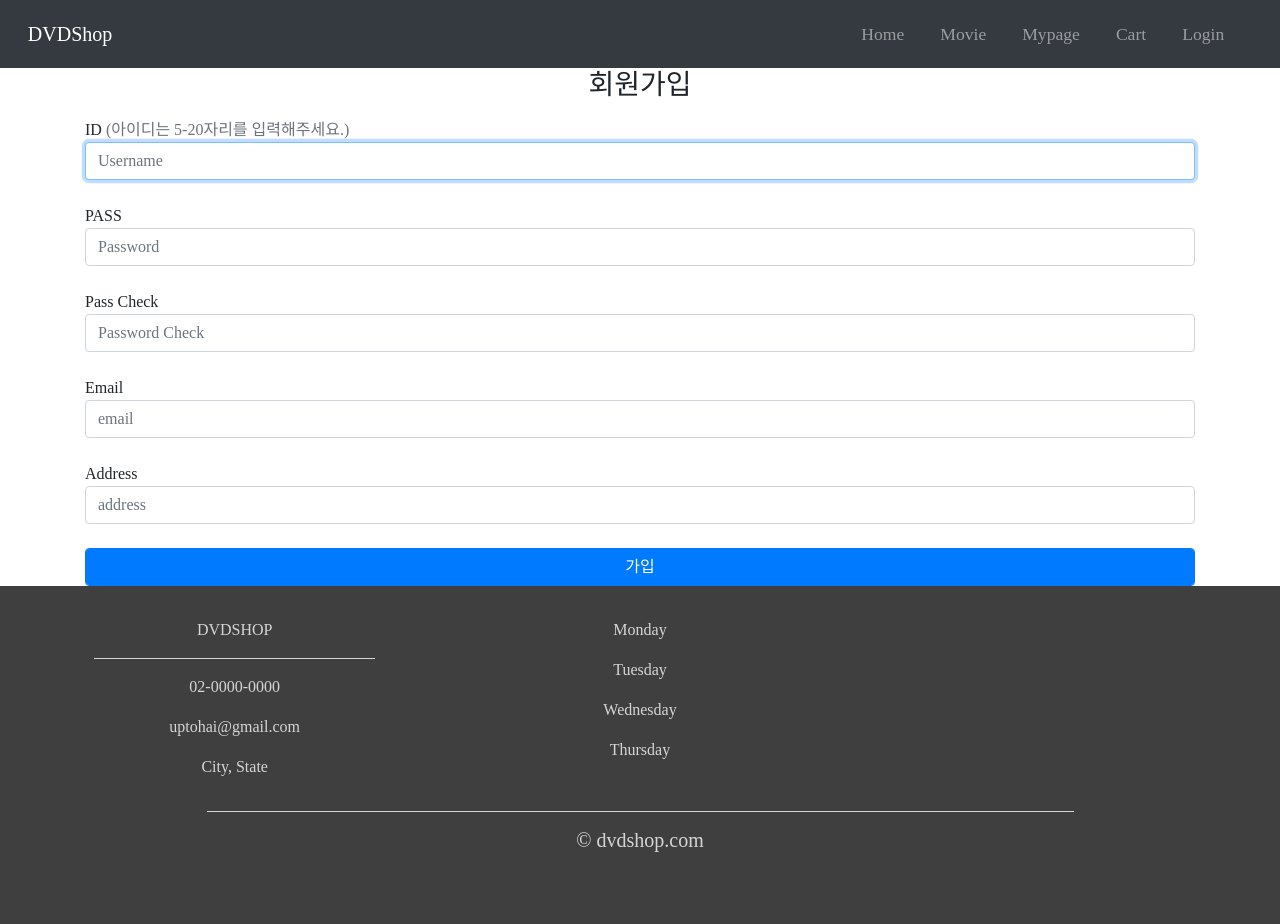
Repository: afterup/dvdshop
Page: http://localhost/shop_project/view/user/join.jsp
An editor plug-in stored every save of this project. The page is shown before and after the next save, followed by the edit.
The browser window is 1280 px wide. The pictures show the whole page.
The page is served by Tomcat 9. Other server files are loaded and not shown.

Above is the page before, as saved 2019-08-14 07:02:04.

### shop_project/WebContent/view/user/join.jsp
<%@ page language="java" contentType="text/html; charset=UTF-8"
    pageEncoding="UTF-8"%>
<!DOCTYPE html>
<html lang="en">

<head>
    <meta charset="UTF-8">
    <meta name="viewport" content="width=device-width, initial-scale=1.0">
    <meta http-equiv="X-UA-Compatible" content="ie=edge">
    <title>Document</title>
    <!-- 부트스트랩 css-->
    <link rel="stylesheet" href="https://stackpath.bootstrapcdn.com/bootstrap/4.3.1/css/bootstrap.min.css"
        integrity="sha384-ggOyR0iXCbMQv3Xipma34MD+dH/1fQ784/j6cY/iJTQUOhcWr7x9JvoRxT2MZw1T" crossorigin="anonymous">
    <!-- 사용자 css-->
    <link rel="stylesheet" href="css/style.css">
	<script type="text/javascript" src="./js/validCheck.js" ></script>
</head>


<body>
    <!-- Navigation -->
	<%@ include file="/view/common/header.jsp" %>

    <!-- main-->

    <div class="container">
        <div class="">
            <div class="panel panel-successs">
                <div class="panel-heading">
                    <h3 class="mb-3 text-center">회원가입</h3>
                </div>
                <div class="panel-body">
                    <form name="frm" action="movie?action=joinAction" method="POST">
                        ID <span class="text-muted">(아이디는 5-20자리를 입력해주세요.)</span><br>
                        <input type="text" class="form-control mb-4" name="id" placeholder="Username" autofocus>
                        PASS <br>
                        <input type="password" class="form-control mb-4" name="pass" placeholder="Password">
                        Pass Check<br>
                        <input type="password" class="form-control mb-4" name="passCK" placeholder="Password Check">
                        Email <br>
                        <input type="text" class="form-control mb-4" name="email" placeholder="email">
                        Address <br>
                        <input type="text" class="form-control mb-4" name="address" placeholder="address">
                        <button type="button" class="form-control btn btn-primary" onclick="validateCheck()">가입</button>
                    </form>
                </div>
            </div>
        </div>
    </div>



    <!-- Footer -->
	<%@ include file="/view/common/footer.jsp" %>


    <!-- 부트스트랩 -->
    <script src="https://code.jquery.com/jquery-3.3.1.slim.min.js"
        integrity="sha384-q8i/X+965DzO0rT7abK41JStQIAqVgRVzpbzo5smXKp4YfRvH+8abtTE1Pi6jizo" crossorigin="anonymous">
    </script>
    <script src="https://cdnjs.cloudflare.com/ajax/libs/popper.js/1.14.7/umd/popper.min.js"
        integrity="sha384-UO2eT0CpHqdSJQ6hJty5KVphtPhzWj9WO1clHTMGa3JDZwrnQq4sF86dIHNDz0W1" crossorigin="anonymous">
    </script>
    <script src="https://stackpath.bootstrapcdn.com/bootstrap/4.3.1/js/bootstrap.min.js"
        integrity="sha384-JjSmVgyd0p3pXB1rRibZUAYoIIy6OrQ6VrjIEaFf/nJGzIxFDsf4x0xIM+B07jRM" crossorigin="anonymous">
    </script>
</body>


</html>

### shop_project/WebContent/view/common/header.jsp
<%@ page language="java" contentType="text/html; charset=UTF-8"
    pageEncoding="UTF-8"%>
<!DOCTYPE html>
<html>
<head>
<meta charset="UTF-8">
<title>Insert title here</title>
</head>
<body>

	<!-- Navigation -->
    <nav class="navbar navbar-expand-md navbar-dark bg-dark sticky-top">
        <div class="container-fluid">
            <a href="movie" class="navbar-brand">DVDShop</a>
            <button class="navbar-toggler" type="button" data-toggle="collapse" data-target="#navbarResponsive">
                <span class="navbar-toggler-icon"></span>
            </button>
            <div class="collapse navbar-collapse" id="navbarResponsive">
                <ul class="navbar-nav ml-auto">
                    <li class="nav-item"><a class="nav-link" href="movie">Home</a></li>
                    <li class="nav-item"><a class="nav-link" href="movie?action=moviePage">Movie</a></li>
                    <li class="nav-item"><a class="nav-link" href="movie?action=mypage">Mypage</a></li>
                    <li class="nav-item"><a class="nav-link" href="movie?action=cart">Cart</a></li>

                   <%
                   	String id = (String)request.getSession().getAttribute("id");
                   	System.out.print("id="+id);
                   	if(id == null){
                   %>
                    <li class="nav-item"><a href="movie?action=login" class="nav-link">Login</a></li>
               	   <%
                   	}else{
               	   %>
                    <li class="nav-item"><a href="movie?action=logout" class="nav-link">Logout</a></li>
               	   <%
                   	}
               	   %>
                </ul>
            </div>
        </div>
    </nav>

</body>
</html>

### shop_project/WebContent/view/common/footer.jsp
<%@ page language="java" contentType="text/html; charset=UTF-8"
    pageEncoding="UTF-8"%>
<!DOCTYPE html>
<html>
<head>
<meta charset="UTF-8">
<title>Insert title here</title>
</head>
<body>
    <footer>
        <div class="container-fluid padding">
            <div class="row text-center">
                <div class="col-md-4">
                    DVDSHOP
                    <hr class="light">
                    <p>02-0000-0000</p>
                    <p>uptohai@gmail.com</p>
                    <p>City, State</p>
                </div>
                <div class="col-md-4">
                    <p>Monday</p>
                    <p>Tuesday</p>
                    <p>Wednesday</p>
                    <p>Thursday</p>
                </div>
            </div>
            <div class="col-12">
                <hr class="light">
                <h5 class="text-center">&copy; dvdshop.com</h5>
            </div>
        </div>
    </footer>

</body>
</html>

### shop_project/WebContent/css/style.css
html,
body {
    height: 100%;
    width: 100%;
    font-family: "sans-serif";
}

img {
    width: 100%;
}

#adminPage {
    background-color: rgb(250, 249, 242);
}

.navbar {
    padding: .8rem;
}

.navbar-nav li {
    padding-right: 20px;
}

.nav-link {
    font-size: 1.1em !important;
}

.carousel-inner img {
    width: 100%;
    height: 100%;
}

.btn-info {
    background-color: rgb(57, 55, 66);
    color: rgb(240, 240, 240);
    border-color: rgb(57, 55, 66);
}

.jumbotron {
    padding: 1rem;
}

.padding {
    padding-bottom: 2rem;
}

footer {
    background-color: #3f3f3f;
    color: #d5d5d5;
    padding: 2rem;
}

hr.light {
    border-top: 1px solid #d5d5d5;
    width: 75%;
}

### shop_project/WebContent/js/validCheck.js

function validateCheck(){
    	 var f = document.frm;//f== 폼 엘리먼트 객체

    	//정규식 정의
    	var idExp = /^[a-zA-Z0-9]{5,20}$/;
    	var emailExp = /^[a-zA-Z0-9]+@[a-zA-Z]+\.[a-zA-Z]+$/;
    	var telExp =/^[0-9]{7,13}$/
    	var passExp =/^[0-9]{5,20}$/


    	if(f.id.value==""){
        		alert('아이디를 입력해주세요.');
        		f.id.focus();
        		return;
    	}else if(!idExp.test(f.id.value)){
    		alert('아이디 5-20자리를 입력해주세요.');
    		f.id.focus();
    		return;
    	}else if(f.pass.value==""){
    		alert('비밀번호를 입력해주세요.');
    		f.pass.focus();
    		return;
    	}else if(!passExp.test(f.pass.value)){
    		alert('비밀번호는 숫자 5자리 숫자로 기입해주세요.');
    		console.log(f.contents.value);
    		f.pass.focus();
    		return;
    	}else if(f.email.value==""){
    		alert('이메일을 입력해주세요.');
    		f.writer.focus();
    		return;
    	}else if(!emailExp.test(f.email.value)){
    		 alert('유효하지 않는 이메일 형식입니다')
    		 f.email.value=''
    		 f.email.focus()
    		 return;

		}else if(f.address.value == ""){
			alert('주소를 입력해주세요.');
			f.address.focus();
			return;
    	}else{
    		alert('가입을 환영합니다.');
    		f.submit();
    	}
      }//validateCheck()

After the next save:
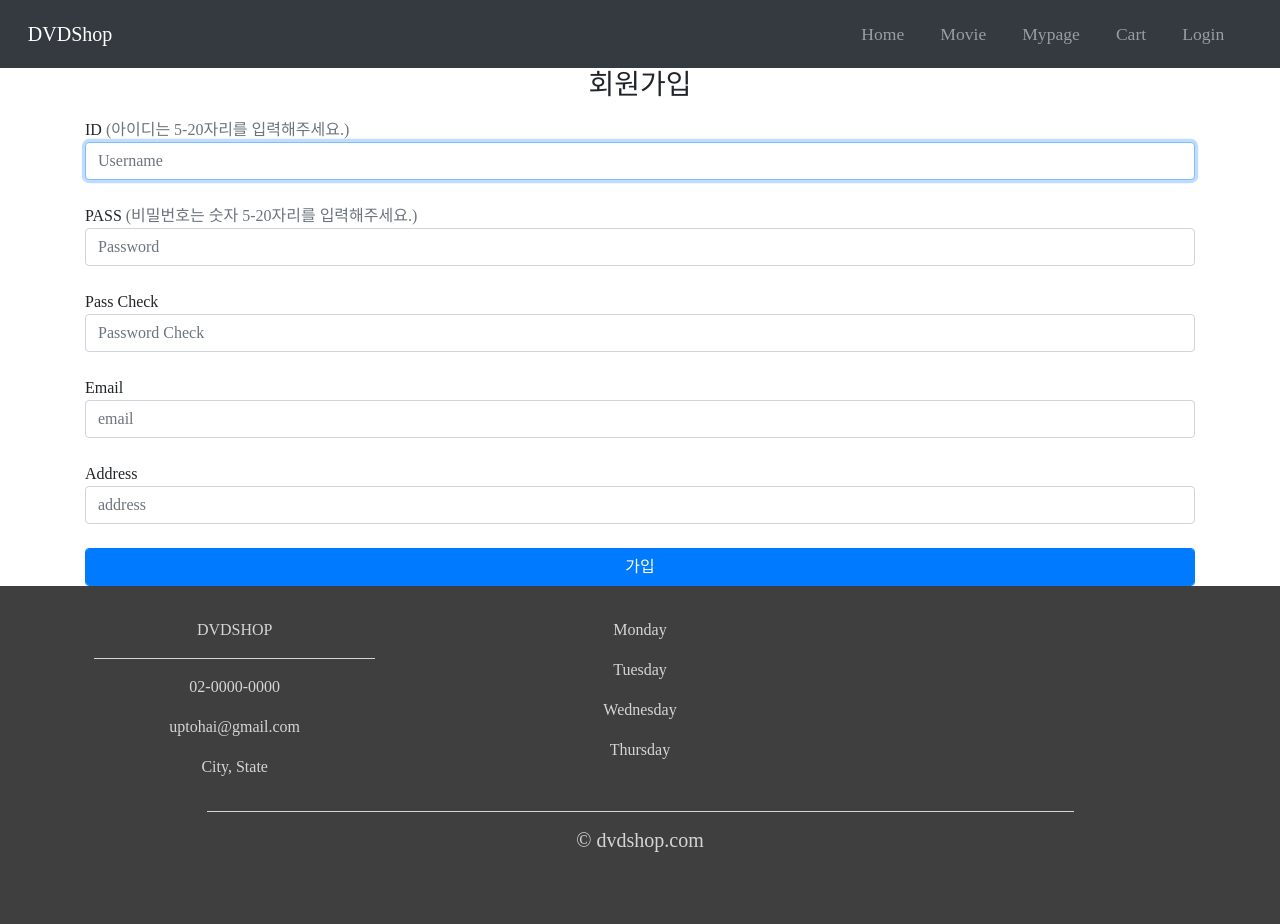
Saved 106 s later.
--- a/shop_project/WebContent/view/user/join.jsp
+++ b/shop_project/WebContent/view/user/join.jsp
@@ -33,7 +33,7 @@
                     <form name="frm" action="movie?action=joinAction" method="POST">
                         ID <span class="text-muted">(아이디는 5-20자리를 입력해주세요.)</span><br>
                         <input type="text" class="form-control mb-4" name="id" placeholder="Username" autofocus>
-                        PASS <br>
+                        PASS <span class="text-muted">(비밀번호는 숫자 5-20자리를 입력해주세요.)</span><br>
                         <input type="password" class="form-control mb-4" name="pass" placeholder="Password">
                         Pass Check<br>
                         <input type="password" class="form-control mb-4" name="passCK" placeholder="Password Check">
